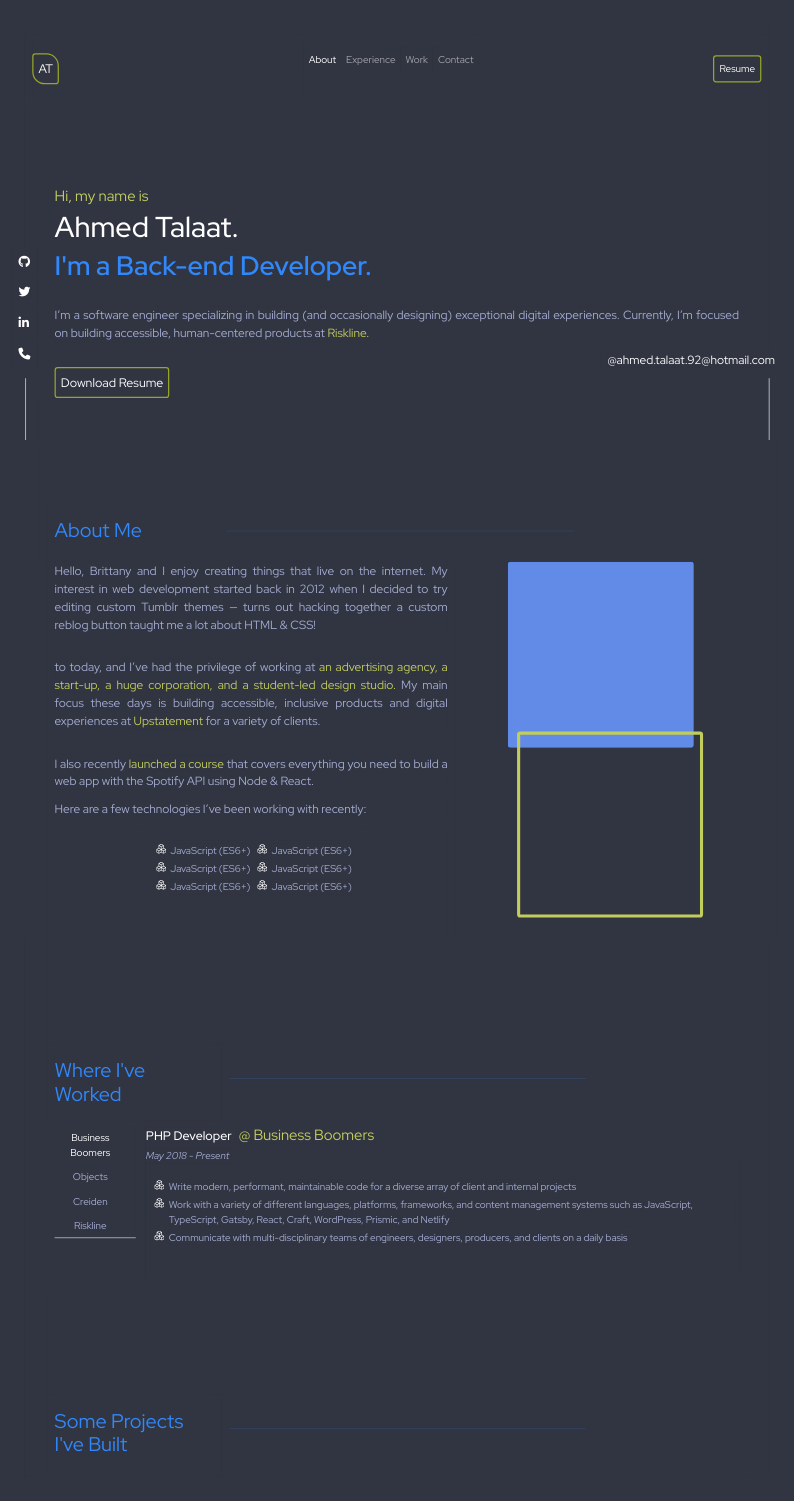
Repository: aya7abbal/Talaat-s-Portfolio
Page: index.html
These files come from the project's save history. The page is drawn as it stood at one moment and after the next save; the edit follows.
The browser window is 1280 px wide. The pictures show the whole page, at 62% of full size.
Pictures or frames that could not be fetched are drawn as grey boxes. Some web libraries are served in a nearby version. The style sheet was rebuilt from its Sass, Less or Tailwind sources for each picture, by a compiler version that may differ from the author's.

Above is the page before, as saved 2022-02-07 13:49:41.

### index.html
<!DOCTYPE html>
<html lang="en">
  <head>
    <!-- Required meta tags -->
    <meta charset="utf-8" />
    <meta name="viewport" content="width=device-width, initial-scale=1" />

    <!-- Bootstrap CSS -->
    <link
      href="https://cdn.jsdelivr.net/npm/bootstrap@5.0.2/dist/css/bootstrap.min.css"
      rel="stylesheet"
      integrity="sha384-EVSTQN3/azprG1Anm3QDgpJLIm9Nao0Yz1ztcQTwFspd3yD65VohhpuuCOmLASjC"
      crossorigin="anonymous"
    />

    <!-- Favicon -->
    <link
      rel="shortcut icon"
      type="image/x-icon"
      href="./images/favicon/favicon.ico"
    />

    <!-- Font Awesome -->
    <script
      src="https://kit.fontawesome.com/fd7fa2f891.js"
      crossorigin="anonymous"
    ></script>

    <!-- Bootstrap Icons -->
    <link
      rel="stylesheet"
      href="https://cdn.jsdelivr.net/npm/bootstrap-icons@1.8.0/font/bootstrap-icons.css"
    />

    <!-- Main Stylesheet -->
    <link rel="stylesheet" href="./styles/styles.css" />

    <title>Ahmed's Portfolio</title>
  </head>
  <body>
    <!-- Navbar -->
    <nav class="navbar navbar-expand-md navbar-dark py-3">
      <div class="container-fluid d-flex justify-content-between">
        <div class="navbar-logo">
          <a class="navbar-brand navbar-border navbar-content__hidden" href="#"
            >AT</a
          >
        </div>

        <!-- Offcanvas  Hidden MENU -->
        <div class="offcanvas-menu">
          <button
            class="btn navbar-content__hidden rotating-icon"
            type="button"
            data-bs-toggle="offcanvas"
            data-bs-target="#offcanvasRight"
            aria-controls="offcanvasRight"
          >
            <i class="bi bi-x-diamond fs-2 text-white"></i>
          </button>
          <div
            class="offcanvas offcanvas-end"
            tabindex="-1"
            id="offcanvasRight"
            aria-labelledby="offcanvasRightLabel"
          >
            <div class="offcanvas-header">
              <h5 id="offcanvasRightLabel"></h5>
              <button
                type="button"
                class="btn text-reset"
                data-bs-dismiss="offcanvas"
                aria-label="Close"
              >
                <i class="bi bi-x-diamond fs-2 text-white rotated-icon"></i>
              </button>
            </div>
            <div class="offcanvas-body">
              <ul class="navbar-nav text-center">
                <li class="nav-item">
                  <a class="nav-link active" aria-current="page" href="#"
                    >About</a
                  >
                </li>
                <li class="nav-item">
                  <a class="nav-link" href="#">Experience</a>
                </li>
                <li class="nav-item">
                  <a class="nav-link" href="#">Work</a>
                </li>
                <li class="nav-item">
                  <a class="nav-link" href="#">Contact</a>
                </li>
                <li>
                  <a
                    class="btn btn-green my-4"
                    href="../Screenshots/Screen Shot 2021-10-17 at 1.30.47 PM.png"
                    download
                  >
                    Resume</a
                  >
                </li>
              </ul>
            </div>
          </div>
        </div>

        <!-- NAVBAR Collapsable -->
        <div
          class="collapse navbar-collapse justify-content-between"
          id="navbarNav"
        >
          <a class="navbar-brand navbar-border" href="#">AT</a>

          <ul class="navbar-nav">
            <li class="nav-item">
              <a class="nav-link active" aria-current="page" href="#">About</a>
            </li>
            <li class="nav-item">
              <a class="nav-link" href="#">Experience</a>
            </li>
            <li class="nav-item">
              <a class="nav-link" href="#">Work</a>
            </li>
            <li class="nav-item">
              <a class="nav-link" href="#">Contact</a>
            </li>
          </ul>

          <a
            class="btn btn-green"
            href="../Screenshots/Screen Shot 2021-10-17 at 1.30.47 PM.png"
            download
          >Resume</a >
        </div>
      </div>
    </nav>
    <div class="body-wrapper">
      <!-- Introduction -->
      <div class="intro px-5">
        <h6>Hi, my name is</h6>

        <br />

        <h2>Ahmed Talaat.</h2>
        <h3 class="pb-2">I'm a Back-end Developer.</h3>

        <br />

        <p>
          I’m a software engineer specializing in building (and occasionally
          designing) exceptional digital experiences. Currently, I’m focused on
          building accessible, human-centered products at
          <a href="#">Riskline.</a>
        </p>

        <br />

        <button class="btn-green btn-lg">Download Resume</button>
      </div>

      <!-- About -->

      <div class="about px-5 row">
        <div class="section-header row">
          <div class="col-md-4 col-lg-3 col-5">
            <h4 class="py-4">About Me</h4>
          </div>
          <div class="col-md-8 col-lg-9 col-7">
            <hr />
          </div>
        </div>

        <!-- About Paragraph -->
        <div class="col-12 col-lg-7">
          <p>
            Hello, Brittany and I enjoy creating things that live on the
            internet. My interest in web development started back in 2012 when I
            decided to try editing custom Tumblr themes — turns out hacking
            together a custom reblog button taught me a lot about HTML & CSS!
          </p>
          <br />

          <p>
            to today, and I’ve had the privilege of working at
            <a href=""
              >an advertising agency, a start-up, a huge corporation, and a
              student-led design studio.</a
            >
            My main focus these days is building accessible, inclusive products
            and digital experiences at <a href="">Upstatement</a> for a variety
            of clients.
          </p>

          <br />
          <p>
            I also recently <a href="">launched a course</a> that covers
            everything you need to build a web app with the Spotify API using
            Node & React.
          </p>

          <p>Here are a few technologies I’ve been working with recently:</p>

          <div class="iconed-list d-flex justify-content-center">
            <ul class="row">
              <div class="col-6">
                <li>JavaScript (ES6+)</li>
                <li>JavaScript (ES6+)</li>
                <li>JavaScript (ES6+)</li>
              </div>

              <div class="col-6">
                <li>JavaScript (ES6+)</li>
                <li>JavaScript (ES6+)</li>
                <li>JavaScript (ES6+)</li>
              </div>
            </ul>
          </div>
        </div>

        <div class="col-12 col-lg-5 d-flex justify-content-center pb-5">
          <!-- About Image -->
          <div class="about-img">
            <img
              src="https://brittanychiang.com/static/30a645f7db6038f83287d0c6042d3b2b/f9526/me.avif"
              alt=""
              width="300px"
              height="300px"
            />
            <div class="about-img__border"></div>
          </div>
        </div>
      </div>

      <!-- Work -->

      <div class="work px-5">
        <div class="section-header row">
          <div class="col-md-4 col-lg-3 col-7">
            <h4 class="py-4">Where I've Worked</h4>
          </div>
          <div class="col-md-8 col-lg-9 col-5">
            <hr />
          </div>
        </div>
        <div>
          <!-- Nav tabs -->
          <div class="d-flex flex-md-row flex-column align-items-start">
            <div
              class="nav flex-md-column nav-pills me-3 mb-4 pe-md-3 nav-tabs"
              id="v-pills-tab"
              role="tablist"
              aria-orientation="vertical"
            >
              <button
                class="nav-link active"
                id="v-pills-home-tab"
                data-bs-toggle="pill"
                data-bs-target="#v-pills-home"
                type="button"
                role="tab"
                aria-controls="v-pills-home"
                aria-selected="true"
              >
                Business Boomers
              </button>
              <button
                class="nav-link"
                id="v-pills-profile-tab"
                data-bs-toggle="pill"
                data-bs-target="#v-pills-profile"
                type="button"
                role="tab"
                aria-controls="v-pills-profile"
                aria-selected="false"
              >
                Objects
              </button>
              <button
                class="nav-link"
                id="v-pills-messages-tab"
                data-bs-toggle="pill"
                data-bs-target="#v-pills-messages"
                type="button"
                role="tab"
                aria-controls="v-pills-messages"
                aria-selected="false"
              >
                Creiden
              </button>
              <button
                class="nav-link"
                id="v-pills-settings-tab"
                data-bs-toggle="pill"
                data-bs-target="#v-pills-settings"
                type="button"
                role="tab"
                aria-controls="v-pills-settings"
                aria-selected="false"
              >
                Riskline
              </button>
            </div>
            <div class="tab-content" id="v-pills-tabContent">
              <div
                class="tab-pane fade show active"
                id="v-pills-home"
                role="tabpanel"
                aria-labelledby="v-pills-home-tab"
              >
                <div class="work-title">
                  <h5 class="pe-2">PHP Developer</h5>
                  <h6>@ Business Boomers</h6>
                </div>
                <div class="work-date">
                  <i>May 2018 - Present </i>

                  <ul class="iconed-list">
                    <li>
                      Write modern, performant, maintainable code for a diverse
                      array of client and internal projects
                    </li>
                    <li>
                      Work with a variety of different languages, platforms,
                      frameworks, and content management systems such as
                      JavaScript, TypeScript, Gatsby, React, Craft, WordPress,
                      Prismic, and Netlify
                    </li>
                    <li>
                      Communicate with multi-disciplinary teams of engineers,
                      designers, producers, and clients on a daily basis
                    </li>
                  </ul>
                </div>
              </div>

              <div
                class="tab-pane fade"
                id="v-pills-profile"
                role="tabpanel"
                aria-labelledby="v-pills-profile-tab"
              >
                <div class="work-title">
                  <h5 class="pe-2">Back-end Developer</h5>
                  <h6>@ Objects</h6>
                </div>
                <div class="work-date">
                  <i>May 2018 - Present </i>

                  <ul class="iconed-list">
                    <li>
                      Write modern, performant, maintainable code for a diverse
                      array of client and internal projects
                    </li>
                    <li>
                      Work with a variety of different languages, platforms,
                      frameworks, and content management systems such as
                      JavaScript, TypeScript, Gatsby, React, Craft, WordPress,
                      Prismic, and Netlify
                    </li>
                    <li>
                      Communicate with multi-disciplinary teams of engineers,
                      designers, producers, and clients on a daily basis
                    </li>
                  </ul>
                </div>
              </div>

              <div
                class="tab-pane fade"
                id="v-pills-messages"
                role="tabpanel"
                aria-labelledby="v-pills-messages-tab"
              >
                <div class="work-title">
                  <h5 class="pe-2">Back-end Developer</h5>
                  <h6>@ Creiden</h6>
                </div>
                <div class="work-date">
                  <i>May 2018 - Present </i>

                  <ul class="iconed-list">
                    <li>
                      Write modern, performant, maintainable code for a diverse
                      array of client and internal projects
                    </li>
                    <li>
                      Work with a variety of different languages, platforms,
                      frameworks, and content management systems such as
                      JavaScript, TypeScript, Gatsby, React, Craft, WordPress,
                      Prismic, and Netlify
                    </li>
                    <li>
                      Communicate with multi-disciplinary teams of engineers,
                      designers, producers, and clients on a daily basis
                    </li>
                  </ul>
                </div>
              </div>

              <div
                class="tab-pane fade"
                id="v-pills-settings"
                role="tabpanel"
                aria-labelledby="v-pills-settings-tab"
              >
                <div class="work-title">
                  <h5 class="pe-2">Project Manager</h5>
                  <h6>@ Riskline</h6>
                </div>
                <div class="work-date">
                  <i>May 2018 - Present </i>

                  <ul class="iconed-list">
                    <li>
                      Write modern, performant, maintainable code for a diverse
                      array of client and internal projects
                    </li>
                    <li>
                      Work with a variety of different languages, platforms,
                      frameworks, and content management systems such as
                      JavaScript, TypeScript, Gatsby, React, Craft, WordPress,
                      Prismic, and Netlify
                    </li>
                    <li>
                      Communicate with multi-disciplinary teams of engineers,
                      designers, producers, and clients on a daily basis
                    </li>
                  </ul>
                </div>
              </div>
            </div>
          </div>
        </div>
      </div>

      <div class="projects px-5">
        <div class="section-header row">
          <div class="col-md-4 col-lg-3 col-7">
            <h4 class="py-4">Some Projects I've Built</h4>
          </div>
          <div class="col-md-8 col-lg-9 col-5">
            <hr />
          </div>
        </div>
      </div>
    </div>

    <footer>
      <div class="footer-left">
        <div class="footer-left__link">
          <i class="fab fa-github"><a href="#"></a></i>
        </div>
        <div class="footer-left__link">
          <i class="fab fa-twitter"><a href=""></a></i>
        </div>
        <div class="footer-left__link">
          <i class="fab fa-linkedin-in"><a href=""></a></i>
        </div>
        <div class="footer-left__link">
          <i class="fas fa-phone"><a href=""></a></i>
        </div>
        <div class="footer-left__link line"></div>
      </div>



      <div class="footer-right">
        <div class="footer-right__link">
          <a href="">@ahmed.talaat.92@hotmail.com</a>

        <div class="footer-right__link line"></div>
      </div>
    </footer>

    <!-- Bootstrap Bundle with Popper -->
    <script
      src="https://cdn.jsdelivr.net/npm/bootstrap@5.0.2/dist/js/bootstrap.bundle.min.js"
      integrity="sha384-MrcW6ZMFYlzcLA8Nl+NtUVF0sA7MsXsP1UyJoMp4YLEuNSfAP+JcXn/tWtIaxVXM"
      crossorigin="anonymous"
    ></script>
    <script type="module" src="./scripts/script.js"></script>
  </body>
</html>

### scripts/script.js
// const rotatingIcon = document.querySelector(".rotating-icon")
// const rotatedIcon = document.querySelector(".rotated-icon")


// rotatingIcon.addEventListener('click',function(event) {
// console.log(event)
//     rotatingIcon.style.display="hidden"
// })

### styles/styles.scss

// Fonts
@import url('https://fonts.googleapis.com/css2?family=Dosis:wght@200;300;400;500;600&family=Red+Hat+Display:ital,wght@0,300;0,400;0,500;0,600;0,700;0,900;1,300;1,400;1,500;1,600&family=Satisfy&display=swap');
// Partials
@import "./components/navbar";
@import"./components/footer";
@import "./variables/colors";
@import "./components/buttons";
@import "./variables/fonts";
@import "./components/pages";
@import "./variables/images";




// font-family: 'Dosis', sans-serif;
// font-family: 'Red Hat Display', sans-serif;
// font-family: 'Satisfy', cursive;

*{
font-family: 'Red Hat Display', sans-serif;
background-color: var(--navy);

}

body{
    margin: 0%;
    overflow-x: hidden;
    padding: 40px;
    background-color: var(--navy);
}

### styles/components/_navbar.scss
.navbar-content__hidden{
    display: none;
    @media (max-width:768px) {
        display: inline-block;
    }
}

.navbar-brand{
    border: solid 2px var(--green);
    border-radius: 5px 20px;
    padding: 8px;

    &:hover{
        background-color: var(--green);
    }
}

### styles/components/_footer.scss
footer {

  .footer-left {
    position: fixed;
    bottom: 10px;
    left: 20px;
    i {
      font-size: 1.2em;
      color: white;
      margin: 15px 10px;
      &:hover{
          color: greenyellow;
          transform: translateY(-3px);
      }
    }

    .line {
      border-right: 1px solid white;
      padding: 20px;
      height: 100px;
      background-color: transparent;
      transform: translatex(-19px);
      margin-top: 15px;
    }
  }


  .footer-right {
    position: fixed;
    bottom: 10px;
    right: 20px;
    i,a {
      font-size: 1.2em;
      color: white;
      margin: 15px 10px;
      &:hover{
          color: greenyellow;
          transform: translateY(-3px);
      }

      a{
          writing-mode: vertical-lr;
      }
    }

    .line {
      border-right: 1px solid white;
      padding: 20px;
      height: 100px;
      background-color: transparent;
      transform: translatex(-19px);
      margin-top: 15px;
    }
  }
}

### styles/variables/_colors.scss
:root{
    --navy:#313441;
    --lgreen:#c1ce5e;
    --grey:#A4A6BF;
    --bblue:hsl(220, 47%, 62%);
    --green:#97A629;
    --lgreeno:#c1ce5e11;
    --lgrey:#bbc1dd;
    --mdgrey:#a4acd1;
    --blue:#3188fa;

}

### styles/components/_buttons.scss
.btn-green {
  border: 2px solid var(--green);
  padding: 8px;
  color:white;
  border-radius: 5px;

  &:hover {
    color: rgb(197, 197, 197);
    background-color: var(--lgreeno);
  }
}

.btn-blue{
    border: 2px solid var(--blue);
    padding: 8px;
    color:white;
    border-radius: 5px;

    &:hover {
      color: rgb(197, 197, 197);
      background-color: var(--bblue);
    }
}

.rotating-icon, .rotated-icon {
  transform: rotate(45deg) !important;
  z-index: 100;

  &:hover {
    transform: rotate(90deg) !important;
    transition: 0.6s;


  }
  &:active &:focus {
    transform: rotate(90deg) !important;
  }
}

### styles/variables/_fonts.scss



h2 {
  color: white;
  font-size: 2.3em;

  @media (min-width: 768px) {
    font-size: 2.9em;
  }
}

h3 {
  color: var(--blue);
  font-weight: 600;
  font-size: 2.2em;

  @media (min-width: 768px) {
    font-size: 2.7em;
  }
}

h4 {
  color: var(--blue);
  font-weight: 400;
  font-size: 1.5em;
  background-color: var(--navy);

  @media (min-width: 768px) {
    font-size: 2em;
  }
}

h5{
  color: white;
  display: inline-block;
}

h6 {
  font-size: 1.2em;
  color: var(--lgreen);
  font-weight: 400;
  display: inline-block;

  @media (min-width: 768px) {
    font-size: 1.5em;
  }
}

a {
  color: var(--lgreen);
  text-decoration: none;

  &:hover {
    color: var(--green);

    text-decoration: underline;
  }
}

ul{

    padding-top:20px;
    padding-bottom: 50px;
}
.iconed-list li{
    list-style-image:url(/svg/list.svg);
    color: var(--mdgrey);

    padding:10px 10px 0px 10px;
    margin: 5px;
    width: fit-content;
    padding: 0%;
}

p {
  font-size: 1.2em;
  color: var(--mdgrey);
  font-weight: 400;
  text-align: justify;

  @media (min-width: 768px) {
    font-size: 1.2em;
  }
}

i{
  color: var(--mdgrey);
}

.nav-tabs .nav-link{

  color: var(--mdgrey);
  background-color: transparent !important;
  // text-decoration: underline;
  text-decoration-color: var(--mdgrey);

  &:focus{
    background-color: transparent !important;
    color: var(--lgreen);
    border-bottom-color: var(--lgreen);

  }

  &:active{
    background-color: transparent !important;
    color: var(--lgreen);


  }



}

### styles/components/_pages.scss

// INTRODUCTION
.intro{
    padding-top: 120px;
}

// ABOUT


.section-header{
    padding-top:170px ;
    hr{
        position: relative;
        top:30%;
        color: var(--blue);
        width: 70%;
    }
}

### styles/variables/_images.scss
.about-img {
  position: relative;

  img {
    filter: invert(25%) sepia(77%) saturate(2565%) hue-rotate(200deg)
      brightness(103%) contrast(96%) opacity(90%);
    border-radius: 5px;
  }
  &:hover {
    img {
      filter: none;
    }
    .about-img__border{
        transform: translate(0px, 0px);
        transition: .1s;


    }
  }

  .about-img__border {
    position: absolute;
    bottom: 0px;
    border: 5px solid var(--lgreen);
    border-radius: 5px;
    width: 300px;
    height: 300px;
    transform: translate(15px, 15px);
    background-color: transparent;
  }
}

After the next save:
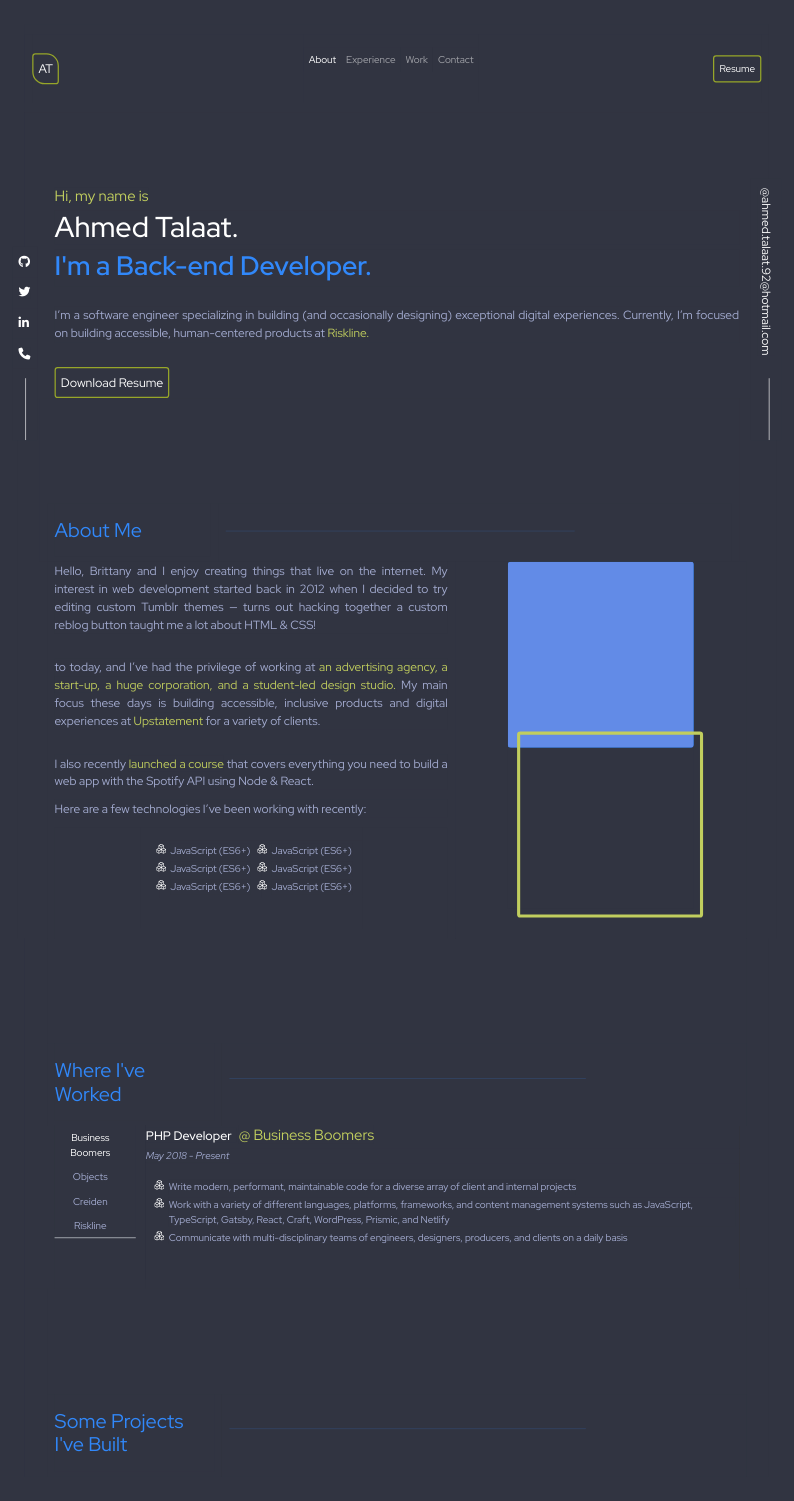
Saved 12 s later.
--- a/styles/components/_footer.scss
+++ b/styles/components/_footer.scss
@@ -38,9 +38,11 @@ footer {
           transform: translateY(-3px);
       }
 
-      a{
-          writing-mode: vertical-lr;
-      }
+
+    }
+
+    a{
+        writing-mode: vertical-lr;
     }
 
     .line {
